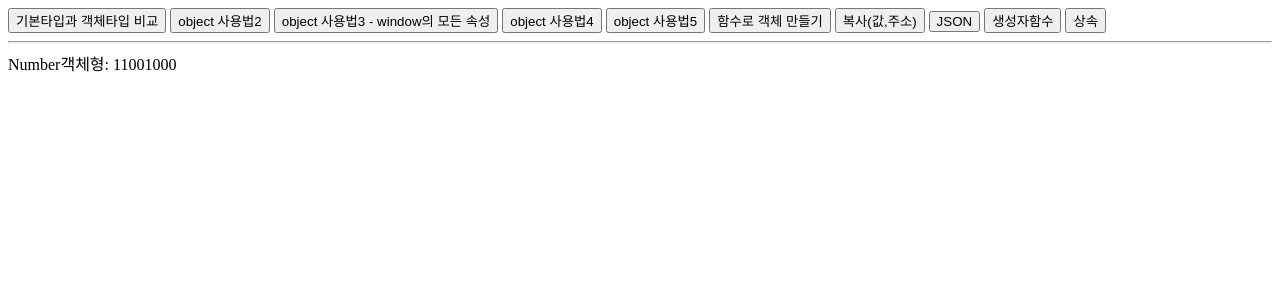
Repository: 753kg/753kg.github.io
Page: KOSTA/webProject/WebContent/day0407/innerObject.html
These files come from the project's save history. The page is drawn as it stood at one moment and after the next save; the edit follows.
The browser window is 1280 px wide. The pictures show the whole page.
After loading, the first visible `#btn1` was clicked once.

Above is the page before, as saved 2021-04-07 07:10:02.

After the next save:
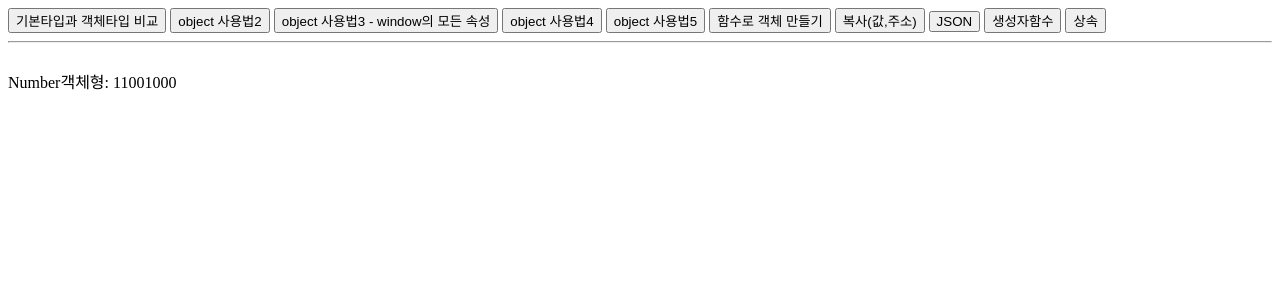
Saved 12 s later.
--- a/KOSTA/webProject/WebContent/day0407/innerObject.html
+++ b/KOSTA/webProject/WebContent/day0407/innerObject.html
@@ -11,7 +11,7 @@
 			var num1 = 10;
 			var num2 = new Number(200);	//내장객체
 			here.innerHTML = "기본형: " + num1.toString(2);	// radix에 2대입 : 2진수로 바꾸기
-			here.innerHTML = "Number객체형: " + num2.toString(2);
+			here.innerHTML = "<br>Number객체형: " + num2.toString(2);
 		};
 	}
 </script>
